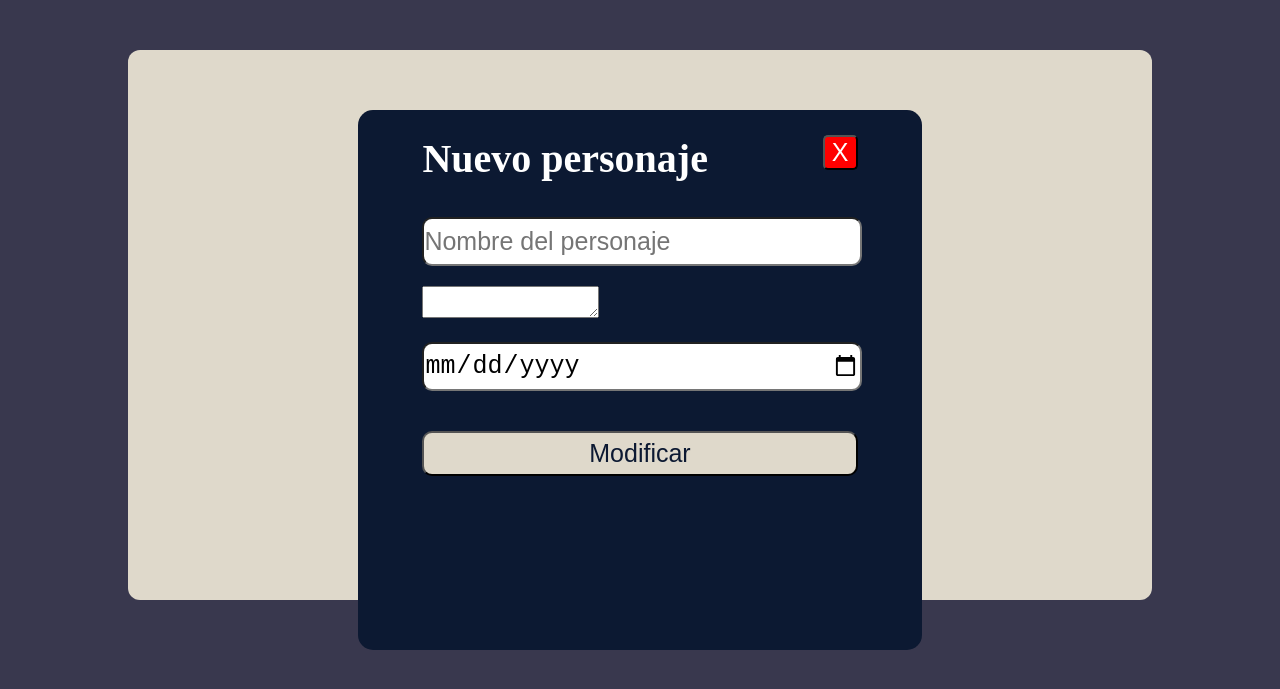
Repository: UAQJavaEveris/ProyectoFinalEdwin
Page: http://localhost/FrontOperativo/modificarPersonaje.jsp
The author's editor kept a copy of each file at every save. The page is drawn from the files as they stood at one save, then again after the next save.
The browser window is 1280 px wide. The pictures show the whole page.
The page is served by Tomcat 9. Other server files are loaded and not shown.

Above is the page before, as saved 2016-12-09 18:03:34.

### FrontOperativo/WebContent/modificarPersonaje.jsp
<%@ page language="java" contentType="text/html; charset=ISO-8859-1"
    pageEncoding="ISO-8859-1"%>
<!DOCTYPE HTML>
<html>
<head>
	<%@ taglib prefix="c"
	           uri="http://java.sun.com/jsp/jstl/core" %>
	<%@page import="mx.com.everis.tallerjava.services.*,
				mx.com.everis.tallerjava.clases.Consultas,
				java.util.*"%>

	<meta http-equiv="Content-Type" content="text/html; charset=ISO-8859-1">
	<title>Modificar Personaje</title>
	<link rel="stylesheet" type="text/css" href="estilos.css">
	<script type="text/javascript" src="funciones.js"></script>

</head>
<body>
<div class="encabezado">

</div>

<div class="contenido">
	<form class="formModal" method="POST" action="DelUpServlet">

		<button type="button" class="cerrarModal" onclick="closeModal('modalUpdPersonaje')">X</button>

		<h4>Nuevo personaje</h4>
		<input type="text" name="nombrePersonaje" placeholder="Nombre del personaje" required>
		<textarea name="descripcion" placelholder="notas"></textarea>
		<input type="date" name ="fechaNacimiento" placeholder="Fecha nacimiento (AAAA-MM-DD)" required>
		<button type="submit" name="opcion" value="1">Modificar</button>

	</form>


</div>


</body>
</html>

### FrontOperativo/WebContent/estilos.css
*{
	margin: 0px;
	padding: 0px;
}

body{
	padding: 50px 10% 50px 10%;
	background-color: #39384e;
}

div.encabezado{
	width: 100%;
	float: left;
}

div.contenido{
	background-color: #dfd9cb;
	width: 60%;
	height: 450px;
	padding: 50px 20% 50px 20%;
	overflow: auto;
	border-radius: 12px;
	float: left;
}

div.campoPersonaje{
	width: 100%;
	height: 350px;
	background-color: #0c1932;
	margin-bottom: 30px;
	color: #fff;
	border-radius: 12px;
	float: left;
	overflow: auto;
}

	div.campoEncabezado{
		padding-left: 5%;
		padding-right: 5%;
		width: 90%;
		background-color: #545048;
		color: #ede9e1;
		float: left;
	}

		div.campoEncabezado h4{
			float: left;
			width: 100%;
			text-align: center;
			font-size: 35px;
		}


	div.campoContenido{
		padding: 5px 5% 5px 5%;
		width: 90%;
		float: left;

	}
		div.campoContenido h4{
			float: left;
			width: 100%;
			text-align: center;
			font-size: 25px;
		}
		div.campoContenido h5{
			float: left;
			width: 100%;
			font-size: 18px;
		}
		div.campoContenido h6{
			float: left;
			width: 100%;
			text-align: center;
			font-size: 20px;
			margin-bottom: 15px;
		}

	div.campoBotones{
		padding: 15px 5% 5px 5%;
		width: 90%;
		float: left;
		margin-bottom: 25px;
	}

	div.campoBotones button{
		width: 20%;
		heigth: 25px;
		font-size: 20px;
		border-radius: 8px;
	}

div.wrapper{
	text-align: center;
}

.formModal{
	width: 34%;
	height: 500px;
	background-color: black;
	top: 50%;
	left: 50%;
	margin-left: -22%;
	margin-top: -250px;
	background-color: #0c1932;
	border-radius: 15px;
	padding: 25px 5% 15px 5%;
	position: absolute;
	overflow-y: auto;
}

.formModal input{
	width: 100%;
	height: 45px;
	font-size: 25px;
	margin: 20px 0px 20px 0px;
	border-radius: 10px;
}
.formModal button[type="submit"]{
	width: 100%;
	height: 45px;
	font-size: 25px;
	margin: 20px 0px 20px 0px;
	border-radius: 10px;
	background-color: #dfd9cb;
	color: #0c1932;

}

.formModal select{
	width: 100%;
	height: 45px;
	font-size: 30px;
	margin: 20px 0px 20px 0px;
	border-radius: 10px;
}
.formModal h4{
	color: white;
	font-size: 40px;
	text-align: center;
	margin-bottom: 15px;
	float: left;
}

button.cerrarModal{
	width: 35px;
	height: 35px;
	font-size: 25px;
	color: #fff;
	background-color: red;
	border-radius: 5px;
	float: right;
}

button.cerrarModal:hover{
	background-color: #cc0000;
}
.vtnModal{
	width: 100%;
	height: 100%;
	background-image: url(bg-modal.png);
	top: 0px;
	left: 0px;
	position: fixed;
	display: none;
}

.vtnModal textarea{
	width: 100%;
	height: 110px;
	font-size: 20px;
	resize: none;
}

### FrontOperativo/WebContent/funciones.js
function nav(dir){
	window.location.href = dir;
}

function openModal(idModal){
	modalWin = document.getElementById(idModal);
	modalWin.style.display = "initial";
}

function closeModal(idModal){
	modalWin = document.getElementById(idModal);
	modalWin.style.display = "none";

	var inputs = document.getElementsByTagName('input');

    for (var i = 0; i<inputs.length; i++) {
    	if (inputs[i].type == 'text') {
    		inputs[i].value = '';
    	}
    }

    var textareas = document.getElementsByTagName('textarea');
    for (var i = 0; i<textareas.length; i++)
    	textareas[i].value = "";
}

After the next save:
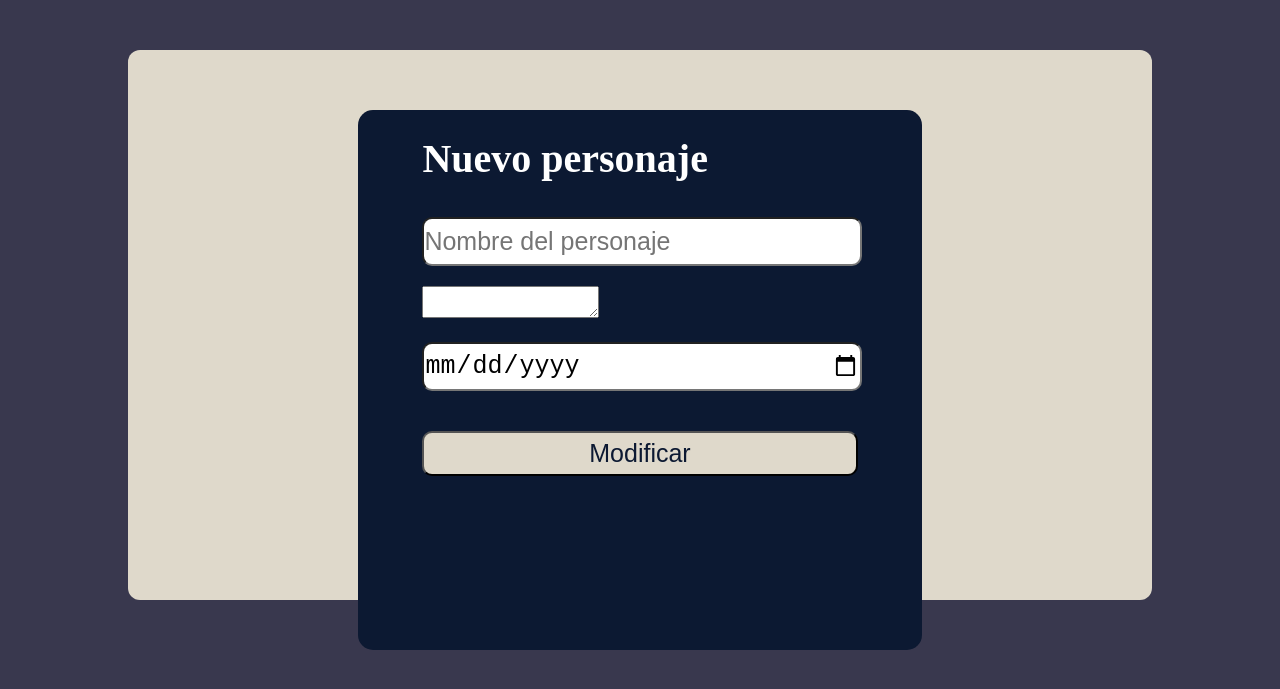
Saved 58 s later.
--- a/FrontOperativo/WebContent/modificarPersonaje.jsp
+++ b/FrontOperativo/WebContent/modificarPersonaje.jsp
@@ -23,8 +23,6 @@
 <div class="contenido">
 	<form class="formModal" method="POST" action="DelUpServlet">
 
-		<button type="button" class="cerrarModal" onclick="closeModal('modalUpdPersonaje')">X</button>
-
 		<h4>Nuevo personaje</h4>
 		<input type="text" name="nombrePersonaje" placeholder="Nombre del personaje" required>
 		<textarea name="descripcion" placelholder="notas"></textarea>
